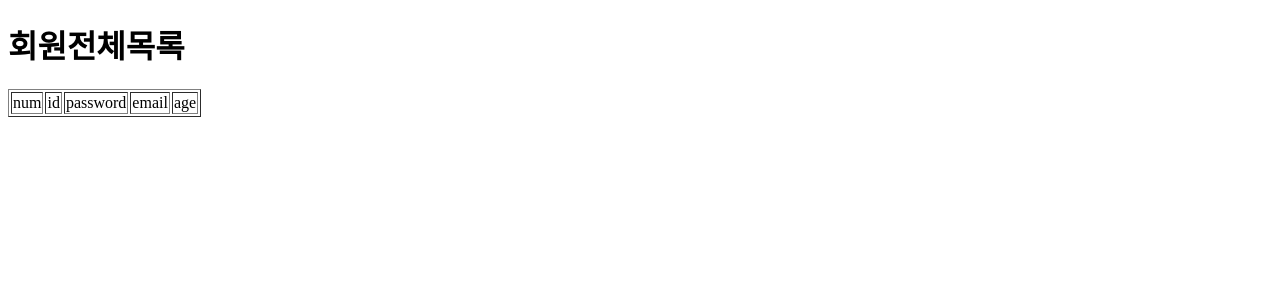
Repository: yangone8249/jsp_project
Page: http://localhost/jsp_project/member/list.jsp
An editor plug-in stored every save of this project. The page is shown before and after the next save, followed by the edit.
The browser window is 1280 px wide. The pictures show the whole page.
The page is served by Tomcat 9.

Above is the page before, as saved 2023-05-16 03:41:00.

After the next save:
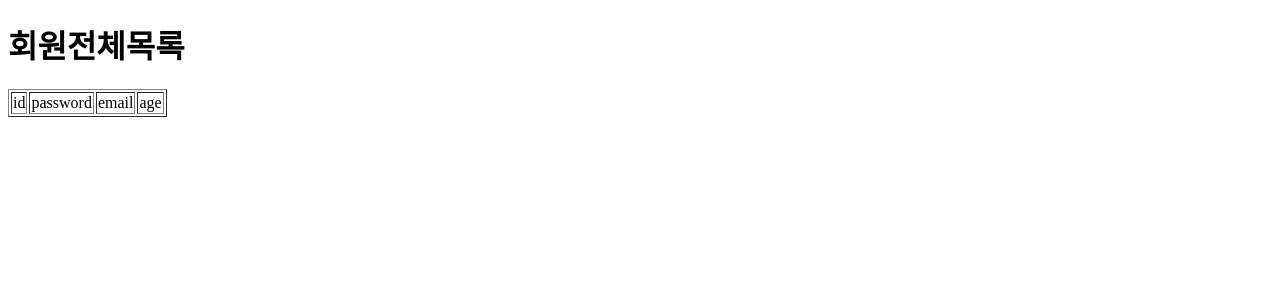
Saved 19 s later.
--- a/jsp_project2/jsp_project/src/main/webapp/member/list.jsp
+++ b/jsp_project2/jsp_project/src/main/webapp/member/list.jsp
@@ -12,7 +12,6 @@
 	<h1>회원전체목록</h1>
 	<table border="1">
 	<tr>
-		<td>num</td>
 		<td>id</td>
 		<td>password</td>
 		<td>email</td>
@@ -20,7 +19,6 @@
 	</tr>
 		<c:forEach var="list" items="${list}">
 			<tr>
-				<td>${list.num}</td>
 				<td>${list.id}</td>
 				<td>${list.password}</td>
 				<td>${list.email}</td>
